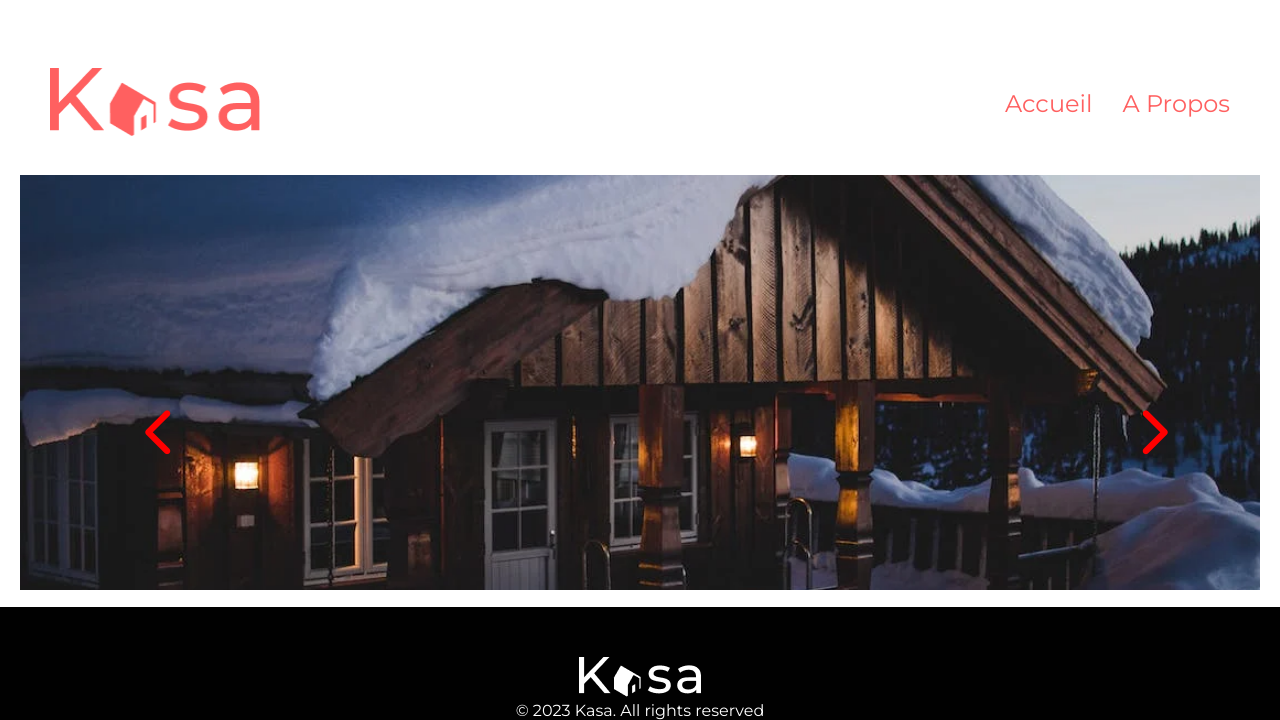
Repository: Ascaris29/Kasa_oc
Page: /essai (app in kasa_project/)
The author's editor kept a copy of each file at every save. The page is drawn from the files as they stood at one save, then again after the next save.
The browser window is 1280 px wide. The pictures show the whole page.
Some web libraries are served in a nearby version. The project was rebuilt for these pictures with package versions that can differ from the ones it lists, and the page was loaded fresh each time. Also part of the build but not shown: kasa_project/src/pages/homepage/Homepage.module.scss, kasa_project/src/pages/homepage/components/CardLogement.module.scss, kasa_project/src/pages/homepage/components/CardLogement.js, kasa_project/src/pages/homepage/Homepage.js, kasa_project/src/pages/404/404.module.scss, kasa_project/src/pages/404/404.js, kasa_project/src/pages/a_propos/APropos.module.scss, kasa_project/src/pages/a_propos/components/CardDescription.module.scss and 6 more.

Above is the page before, as saved 2023-03-16 16:11:48.

### kasa_project/public/index.html
<!DOCTYPE html>
<html lang="fr">
  <head>
    <meta charset="utf-8" />
    <link rel="icon" href="%PUBLIC_URL%/favicon.ico" />
    <meta name="viewport" content="width=device-width, initial-scale=1" />
    <meta name="theme-color" content="#000000" />
    <meta
      name="description"
      content="Web site created using create-react-app"
    />
    <link rel="apple-touch-icon" href="%PUBLIC_URL%/logo192.png" />
    <!--
      manifest.json provides metadata used when your web app is installed on a
      user's mobile device or desktop. See https://developers.google.com/web/fundamentals/web-app-manifest/
    -->

    <!----------------------------------------------------------- Fonts ----------------------------------------------------------------------->
    <link rel="preconnect" href="https://fonts.googleapis.com">
    <link rel="preconnect" href="https://fonts.gstatic.com" crossorigin>
    <link href="https://fonts.googleapis.com/css2?family=Montserrat:wght@400;500;600&family=Roboto&display=swap" rel="stylesheet">
    <!----------------------------------------------------------- Icons ----------------------------------------------------------------------->
    <script src="https://kit.fontawesome.com/e65359aae8.js" crossorigin="anonymous"></script>
    <!--
      Notice the use of %PUBLIC_URL% in the tags above.
      It will be replaced with the URL of the `public` folder during the build.
      Only files inside the `public` folder can be referenced from the HTML.

      Unlike "/favicon.ico" or "favicon.ico", "%PUBLIC_URL%/favicon.ico" will
      work correctly both with client-side routing and a non-root public URL.
      Learn how to configure a non-root public URL by running `npm run build`.
    -->
    <title>Kasa</title>
  </head>
  <body>
    <noscript>You need to enable JavaScript to run this app.</noscript>
    <div id="root"></div>
    <!--
      This HTML file is a template.
      If you open it directly in the browser, you will see an empty page.

      You can add webfonts, meta tags, or analytics to this file.
      The build step will place the bundled scripts into the <body> tag.

      To begin the development, run `npm start` or `yarn start`.
      To create a production bundle, use `npm run build` or `yarn build`.
    -->
  </body>
</html>

### kasa_project/src/index.js
import React from 'react';
import ReactDOM from 'react-dom/client';
import App from './App';
import reportWebVitals from './reportWebVitals';
import './assets/styles/index.scss';
import { RouterProvider } from 'react-router-dom';
import { router } from "./router";

const root = ReactDOM.createRoot(document.getElementById('root'));
root.render(
  <React.StrictMode>
    <RouterProvider router={router} />
  </React.StrictMode>
);

// If you want to start measuring performance in your app, pass a function
// to log results (for example: reportWebVitals(console.log))
// or send to an analytics endpoint. Learn more: https://bit.ly/CRA-vitals
reportWebVitals();

### kasa_project/src/App.js
import Header from "./components/header/Header";
import Footer from "./components/footer/Footer";
import style from "./App.module.scss";
import Homepage from "./pages/homepage/Homepage";
import { Outlet } from "react-router-dom";

function App() {
  return (
      <div className={`${style.app} d-flex flex-column`}>
        <Header />
          <Outlet />
        <Footer />
      </div>
  );
}

export default App;

### kasa_project/src/assets/styles/index.scss
@use './base';
@use './flex';
@use './mixins';
@use './utils';
@use './variables';

### kasa_project/src/router.js
import { createBrowserRouter } from 'react-router-dom';
import App from './App';
import Error404 from './pages/404/404';
import APropos from './pages/a_propos/APropos';
import Homepage from './pages/homepage/Homepage';
import Caroussel from './pages/logement/components/caroussel/Caroussel';
import FicheLogement from './pages/logement/FicheLogement';


export const router = createBrowserRouter([
    {
        path : "/",
        element : <App />,
        errorElement: <Error404 />,
        children : [
            {
                path : "/",
                element : <Homepage />
            } ,
            {
                path : "/homepage",
                element : <Homepage />
            },
            {
                path: "/apropos",
                element : <APropos />
            },
            {
                path: "/logement/:id",
                element : <FicheLogement />
            },
            {
                path: "/essai",
                element: <Caroussel />
            }
        ],
    }
])

### kasa_project/src/components/header/Header.js
import image from "../../assets/images/logo_header.png";
import style from "./Header.module.scss";
import { Link, NavLink } from "react-router-dom";

export default function Header(){
    return (
        <header className={`${style.header} d-flex justify-between align-center`}>
            <Link className={`${style.headerIcon}`} to="/homepage">
                <img src={image} alt="logo du site Kasa representant une maison"/>
            </Link>
            <div className={`${style.headerNav}`}>
                <ul className="d-flex">
                    <NavLink
                    className={`${style.headerItems} m-r-30`}
                    to="/homepage"
                    end
                    >
                    Accueil
                    </NavLink>
                    <NavLink
                    className={`${style.headerItems}`}
                    to="/apropos"
                    >
                    A Propos
                    </NavLink>
                </ul>
            </div>
        </header>
    )
}

### kasa_project/src/components/footer/Footer.js
import style from "./Footer.module.scss";
import image from "../../assets/images/logo_footer.png";

export default function Footer(){
    return (
        <footer className={`${style.footer} d-flex p-t-50 flex-column justify-center align-center`}>
            <div className={`${style.footerLogo} `}>
                <img src={image} alt="" />
            </div>
            <div className="footerText">
                <p>© 2023 Kasa. All rights reserved</p>
            </div>
        </footer>
    )
}

### kasa_project/src/App.module.scss
.app{
    min-height:100vh;
}

### kasa_project/src/assets/styles/_base.scss

*{
    box-sizing: border-box;
}

body{
    margin:0;
    padding:0;
    font-family: var(--montserrat);

}

p{
    margin:0;
}

li{
    list-style-type: none;

}

.link{
    color:var(--primary);
    font-size:18px;
}

.active{
    text-decoration:underline;
}

### kasa_project/src/assets/styles/_flex.scss
.d-flex{
    display: flex;
}

.flex-column{
    flex-direction : column;
}

.flex-row{
    flex-direction: row;
}

.justify-center{
    justify-content: center;
}

.align-center{
    align-items: center;
}

.flex-fill{
    flex : 1 1 auto;
}

.justify-between{
    justify-content: space-between;
}

### kasa_project/src/assets/styles/_mixins.scss
@mixin xs{
    @media (max-width:576px){
        @content;
    }
}

@mixin sm{
    @media (min-width : 577px) and (max-width : 768px){
        @content;
    }
}

@mixin sm-lt{
    @media (max-width : 768px){
        @content;
    }
}

@mixin md{
    @media (min-width : 769px) and (max-width : 992px){
        @content;
    }
}

@mixin md-lt{
    @media (max-width : 992px){
        @content;
    }
}

@mixin lg{
    @media (min-width : 993px) and (max-width : 1200px){
        @content;
    }
}

@mixin lg-lt{
    @media (max-width : 1200px){
        @content;
    }
}

@mixin xl{
    @media (min-width : 1201px){
        @content;
    }
}

### kasa_project/src/assets/styles/_utils.scss
/*------------------------------------ General ------------------------------*/
.container{
    max-width:1200px;
    margin: auto;
    width:100%;
}
.card{

}
.calc{
    position:fixed;
    top:0;
    left:0;
    width:100%;
    height:100vh;
}

/*------------------------------------ Padding ------------------------------*/
.p-5{
    padding: 5px;
}
.p-10{
    padding:10px;
}
.p-20{
   padding:20px;
}
.p-30{
    padding:30px;
}
.p-40{
    padding:40px;
}
.p-50{
    padding:50px;
}

.p-b-5{
   padding-bottom: 5px;
}
.p-b-10{
   padding-bottom: 10px;
}
.p-b-20{
    padding-bottom: 20px;
}
.p-b-30{
    padding-bottom: 30px;
}
.p-b-40{
    padding-bottom: 40px;
}
.p-b-50{
    padding-bottom: 50px;
}


.p-t-5{
    padding-top: 5px;
}
.p-t-10{
    padding-top: 10px;
}
.p-t-20{
     padding-top: 20px;
}
.p-t-30{
     padding-top: 30px;
}
.p-t-40{
    padding-top: 40px;
}
.p-t-50{
    padding-top: 50px;
}


.p-l-5{
    padding-left: 5px;
}
.p-l-10{
    padding-left: 10px;
}
.p-l-20{
     padding-left: 20px;
}
.p-l-30{
     padding-left: 30px;
}
.p-l-40{
    padding-left: 40px;
}
.p-l-50{
    padding-left: 50px;
}



.p-r-5{
    padding-right: 5px;
}
.p-r-10{
    padding-right: 10px;
}
.p-r-20{
     padding-right: 20px;
}
.p-r-30{
     padding-right: 30px;
}
.p-r-40{
    padding-right: 40px;
}
.p-r-50{
    padding-right: 50px;
}


/*------------------------------------------------ Margin -------------------------------------------*/

.m-auto{
    margin:auto;
}
.m-5{
    margin: 5px;
}
.m-10{
    margin:10px;
}
.m-20{
   margin:20px;
}
.m-30{
    margin:30px;
}
.m-40{
    margin:40px;
}
.m-50{
    margin:50px;
}



.m-b-5{
    margin-bottom: 5px;
}
.m-b-10{
    margin-bottom: 10px;
}
.m-b-20{
    margin-bottom: 20px;
}
.m-b-30{
    margin-bottom: 30px;
}
.m-b-40{
    margin-bottom: 40px;
}
.m-b-50{
    margin-bottom: 50px;
}



.m-t-5{
    margin-top: 5px;
}
.m-t-10{
    margin-top: 10px;
}
.m-t-20{
     margin-top: 20px;
}
.m-t-30{
     margin-top: 30px;
}
.m-t-40{
    margin-top: 40px;
}
.m-t-50{
    margin-top: 50px;
}




.m-l-5{
    margin-left: 5px;
}
.m-l-10{
    margin-left: 10px;
}
.m-l-20{
     margin-left: 20px;
}
.m-l-30{
     margin-left: 30px;
}
.m-l-40{
    margin-left: 40px;
}
.m-l-50{
    margin-left: 50px;
}




.m-r-5{
    margin-right: 5px;
}
.m-r-10{
    margin-right: 10px;
}
.m-r-20{
     margin-right: 20px;
}
.m-r-30{
     margin-right: 30px;
}
.m-r-40{
    margin-right: 40px;
}
.m-r-50{
    margin-right: 50px;
}

### kasa_project/src/assets/styles/_variables.scss

/*----------------------------------------------------------------------------Color-----------------------------------------------------------------*/

:root{
    --primary: #FF6060;
    --grey1:#F6F6F6;
    --grey2: #E3E3E3;
    --grey3:#C4C4C4;
    --black: #010101;
    /*----------------------------------------------------------------------------Font-----------------------------------------------------------------*/
    --montserrat : 'Montserrat', sans-serif;
    --radius:25px;
}

### kasa_project/src/pages/logement/components/caroussel/Caroussel.js
import { useState } from "react";
import style from "./Caroussel.module.scss";

import img1 from "../../../../assets/images/pexels-photo-950058.webp";
import img2 from "../../../../assets/images/pexels-photo-1013427.jpeg";
import img3 from "../../../../assets/images/pexels-photo-1612351.jpeg";

export default function Caroussel(){

    //importer les images de l'api
    const arrayImage = [
        img1,
        img2,
        img3
    ];

    const [index, setIndex] = useState(0);

    //console.log(arrayImage);
    function handleClickCarousselPrev(){
        if(index > 0 && index < arrayImage.length){
            let i = index - 1;
            setIndex(i);
        }else{
            setIndex(arrayImage.length -1);
        }
    }

    function handleClickCarousselAfter(){
        if(index < arrayImage.length){
            let i = index + 1;
            setIndex(i);
        };
    }

    //a voir avec julien
    if(index === arrayImage.length){
        setIndex(0)
    }

    return (
        <div className={`${style.caroussel}`}>
            { arrayImage.map((item, i) =>
                i === index && ( <img src={item} alt="" className={`${style.carousselImage}`}/> )
            )}
            <i className={`${style.chevronLeft} fa-solid fa-chevron-left`} onClick={handleClickCarousselPrev}></i>
            <i className={`${style.chevronRight} fa-solid fa-chevron-right`} onClick={handleClickCarousselAfter}></i>
        </div>
    )



}

### kasa_project/src/components/header/Header.module.scss
@use "../../assets/styles/mixins" as mixin;

.header{
    max-width:1240px;
    margin:auto;
    width:100%;
    padding:50px 30px 0 30px;
    .headerIcon{
        img{
            width:210px;
            height:68px;
            @include mixin.sm-lt{
                width:145px;
                height:47px;
            }
            @include mixin.xs{
                width:99px;
                height:35px;
            }
        }
    }

}
/*sorti de la classe header car sinon je ne peux pas mettre de classe active dessus*/
.headerItems{
    color:var(--primary);
    text-decoration:none;
    cursor:pointer;
    font-size:24px;
    @include mixin.sm-lt{
        font-size:20px;
    }
    @include mixin.xs{
        font-size:15px;
    }
}

### kasa_project/src/components/footer/Footer.module.scss
.footer{
    background-color:var(--black);
    color:white;
    .footerLogo{
        img{
            width:122px;
            height:40px;
        }
    }
}

### kasa_project/src/pages/logement/components/caroussel/Caroussel.module.scss
.caroussel{
    max-width:1240px;
    margin:auto;
    width:100%;
    height:415px;
    .carousselImage{
        width:100%;
        height:100%;
        object-fit:cover;
        position:relative;
        display:block;
    }
    .chevronRight{
        position:absolute;
        top:60%;
        left:90%;
        font-size:50px;
        color:red;
        transform:translate(-50%, -50%);
    }
    .chevronLeft{
        position:absolute;
        top:60%;
        right:85%;
        font-size:50px;
        color:red;
        transform:translate(-50%, -50%);
    }
}

Loaded but not shown: kasa_project/src/reportWebVitals.js (common file)

After the next save:
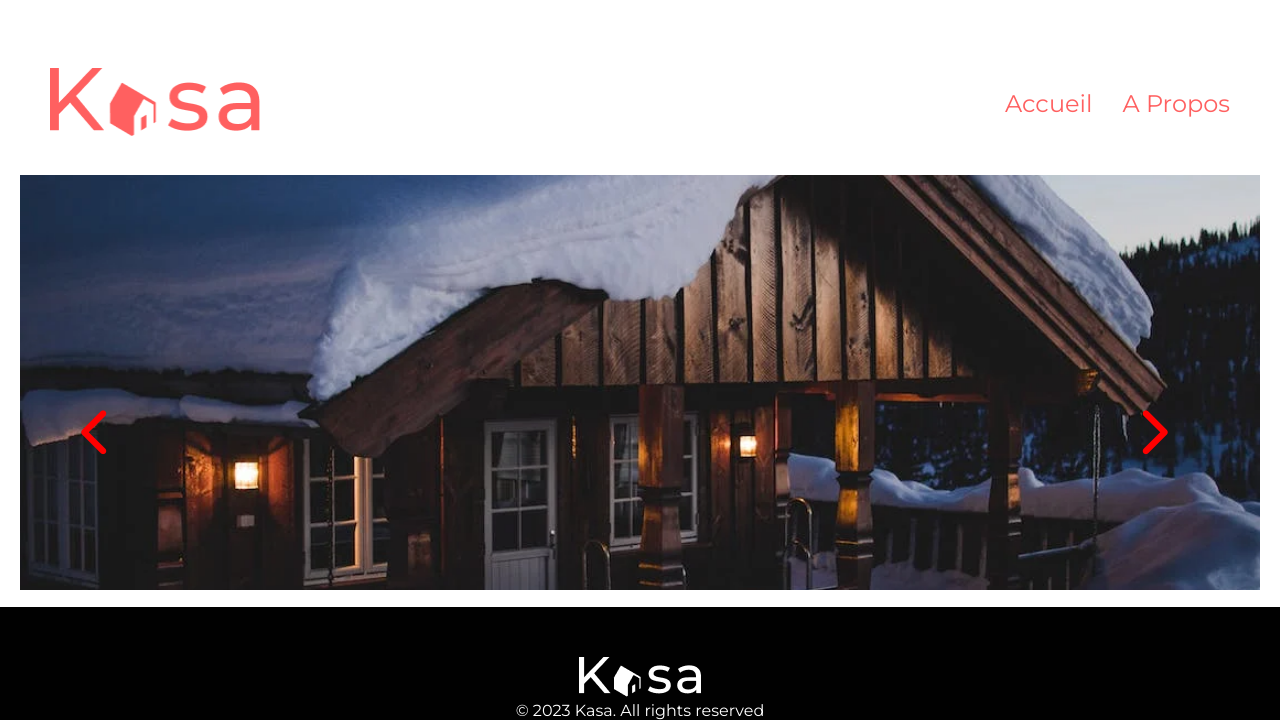
Saved 5 s later.
--- a/kasa_project/src/pages/logement/components/caroussel/Caroussel.module.scss
+++ b/kasa_project/src/pages/logement/components/caroussel/Caroussel.module.scss
@@ -21,7 +21,7 @@
     .chevronLeft{
         position:absolute;
         top:60%;
-        right:85%;
+        right:90%;
         font-size:50px;
         color:red;
         transform:translate(-50%, -50%);
